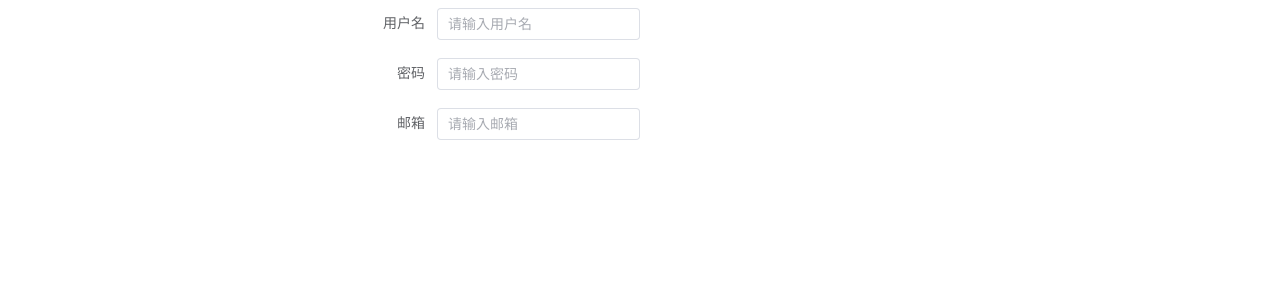
Repository: Mickey1216/yzkj_login_demo
Page: /register
The author's editor kept a copy of each file at every save. The page is drawn from the files as they stood at one save, then again after the next save.
The browser window is 1280 px wide. The pictures show the whole page.
The project was rebuilt for these pictures with package versions that can differ from the ones it lists, and the page was loaded fresh each time. Also part of the build but not shown: vite.config.js, src/views/Login.vue.

Above is the page before, as saved 2023-07-04 14:37:58.

After the next save:
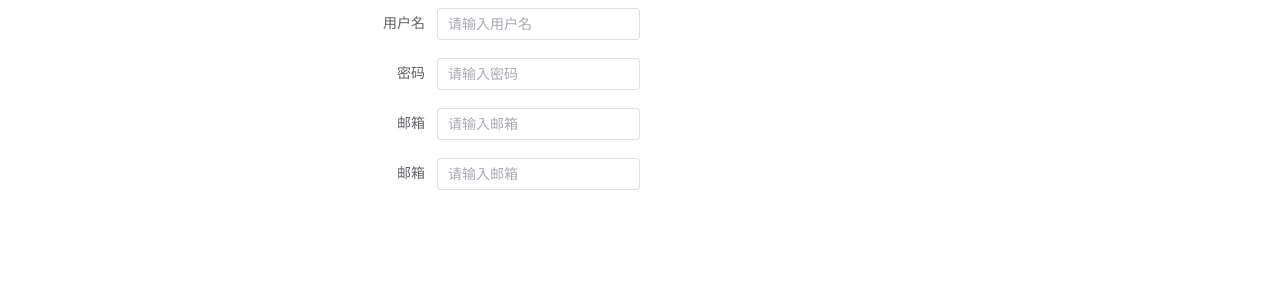
Saved 12 s later.
--- a/src/views/Register.vue
+++ b/src/views/Register.vue
@@ -5,6 +5,9 @@
     </el-form-item>
     <el-form-item label="密码">
       <el-input placeholder="请输入密码" v-model="form.password"/>
+    </el-form-item>
+    <el-form-item label="邮箱">
+      <el-input placeholder="请输入邮箱" v-model="form.email"/>
     </el-form-item>
     <el-form-item label="邮箱">
       <el-input placeholder="请输入邮箱" v-model="form.email"/>
